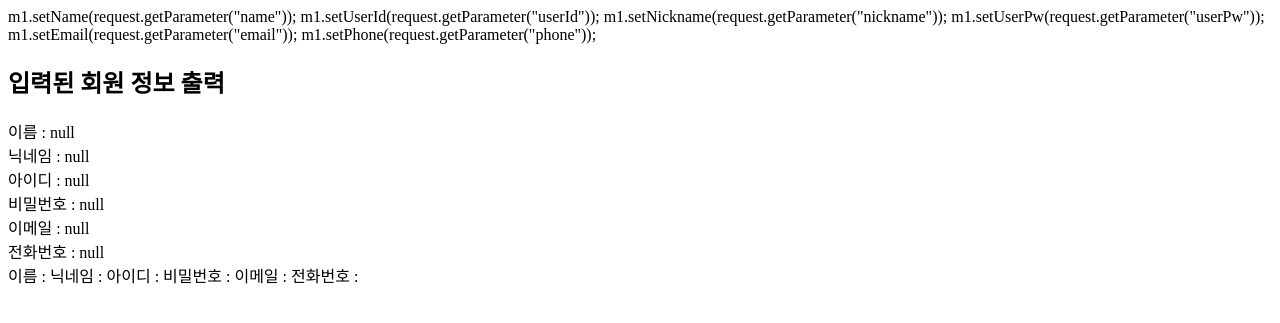
Repository: YooMyeongSeon/JSP_Servlet_Study
Page: http://localhost/web06/Ex_03_Result.jsp
An editor plug-in stored every save of this project. The page is shown before and after the next save, followed by the edit.
The browser window is 1280 px wide. The pictures show the whole page.
The page is served by Tomcat 9.

Above is the page before, as saved 2022-06-09 06:45:32.

### web06/WebContent/Ex_03_Result.jsp
<%@ page language="java" contentType="text/html; charset=UTF-8"
    pageEncoding="UTF-8"%>
<%@ page import="com.green.beans.Member"%>
<!DOCTYPE html>
<html>
<head>
<meta charset="UTF-8">
<title>Insert title here</title>
</head>
<body>
	<%
		request.setCharacterEncoding("UTF-8"); //한글로 읽어들임
	%>
	<%--1. 자바빈 생성----------------------------------------------------%>
		<%--1)스크립트릿으로 자바빈 생성--%>
			<%
				Member m1 = new Member();
				session.setAttribute("m1", m1);
			%>
		<%--2)액션 태그로 자바빈 생성--%>
			<jsp:useBean id="m2" class="com.green.beans.Member" scope="session"/>
	<%--2. 데이터 입력----------------------------------------------------%>
		<%--1)스크립트릿으로 데이터 입력(변수 활용)--%>
			<%
				//String name = request.getParameter("name");
				//String userId = request.getParameter("userId");
				//String nickname = request.getParameter("nickname");
				//String userPw = request.getParameter("userPw");
				//String email = request.getParameter("email");
				//String phone = request.getParameter("phone");
				//m1.setName(name);
				//m1.setUserId(userId);
				//m1.setNickname(nickname);
				//m1.setUserPw(userPw);
				//m1.setEmail(email);
				//m1.setPhone(phone);
			%>
		<%--2)스크립트릿으로 데이터 입력(직접 입력)--%>
				m1.setName(request.getParameter("name"));
				m1.setUserId(request.getParameter("userId"));
				m1.setNickname(request.getParameter("nickname"));
				m1.setUserPw(request.getParameter("userPw"));
				m1.setEmail(request.getParameter("email"));
				m1.setPhone(request.getParameter("phone"));
		<%--3)액션 태그로 데이터 입력(리퀘스트 객체를 통해 데이터 입력)--%>

		<%--4)액션 태그로 데이터 입력(리퀘스트 객체 없이 데이터 입력)--%>

		<%--5)액션 태그로 데이터 입력(한 번에 입력)--%>

	<%--3. 데이터 출력----------------------------------------------------%>
		<h2>입력된 회원 정보 출력</h2>
		<%--1)스크립트릿으로 데이터 출력--%>
			이름 : <%=m1.getName()%><br>
			닉네임 : <%=m1.getNickname()%><br>
			아이디 : <%=m1.getUserId()%><br>
			비밀번호 : <%=m1.getUserPw()%><br>
			이메일 : <%=m1.getEmail()%><br>
			전화번호 : <%=m1.getPhone()%><br>
		<%--3)액션 태그로 데이터 입력(리퀘스트 객체를 통해 데이터 입력)--%>
			이름 :
			닉네임 :
			아이디 :
			비밀번호 :
			이메일 :
			전화번호 :
</body>
</html>

### web06/src/com/green/beans/Member.java
package com.green.beans;

public class Member { //데이터 저장용 클래스 : 자바 빈
	private String name;
	private String nickname;
	private String userId;
	private String userPw;
	private String email;
	private String phone;
	public String getName() {
		return name;
	}
	public void setName(String name) {
		this.name = name;
	}
	public String getNickname() {
		return nickname;
	}
	public void setNickname(String nickname) {
		this.nickname = nickname;
	}
	public String getUserId() {
		return userId;
	}
	public void setUserId(String userId) {
		this.userId = userId;
	}
	public String getUserPw() {
		return userPw;
	}
	public void setUserPw(String userPw) {
		this.userPw = userPw;
	}
	public String getEmail() {
		return email;
	}
	public void setEmail(String email) {
		this.email = email;
	}
	public String getPhone() {
		return phone;
	}
	public void setPhone(String phone) {
		this.phone = phone;
	}
}

After the next save:
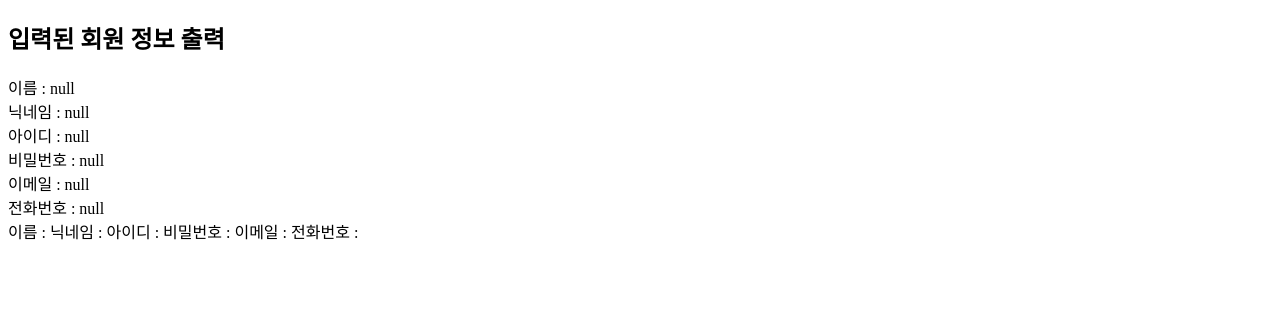
Saved 22 s later.
--- a/web06/WebContent/Ex_03_Result.jsp
+++ b/web06/WebContent/Ex_03_Result.jsp
@@ -36,12 +36,14 @@
 				//m1.setPhone(phone);
 			%>
 		<%--2)스크립트릿으로 데이터 입력(직접 입력)--%>
+			<%
 				m1.setName(request.getParameter("name"));
 				m1.setUserId(request.getParameter("userId"));
 				m1.setNickname(request.getParameter("nickname"));
 				m1.setUserPw(request.getParameter("userPw"));
 				m1.setEmail(request.getParameter("email"));
 				m1.setPhone(request.getParameter("phone"));
+			%>
 		<%--3)액션 태그로 데이터 입력(리퀘스트 객체를 통해 데이터 입력)--%>
 
 		<%--4)액션 태그로 데이터 입력(리퀘스트 객체 없이 데이터 입력)--%>
